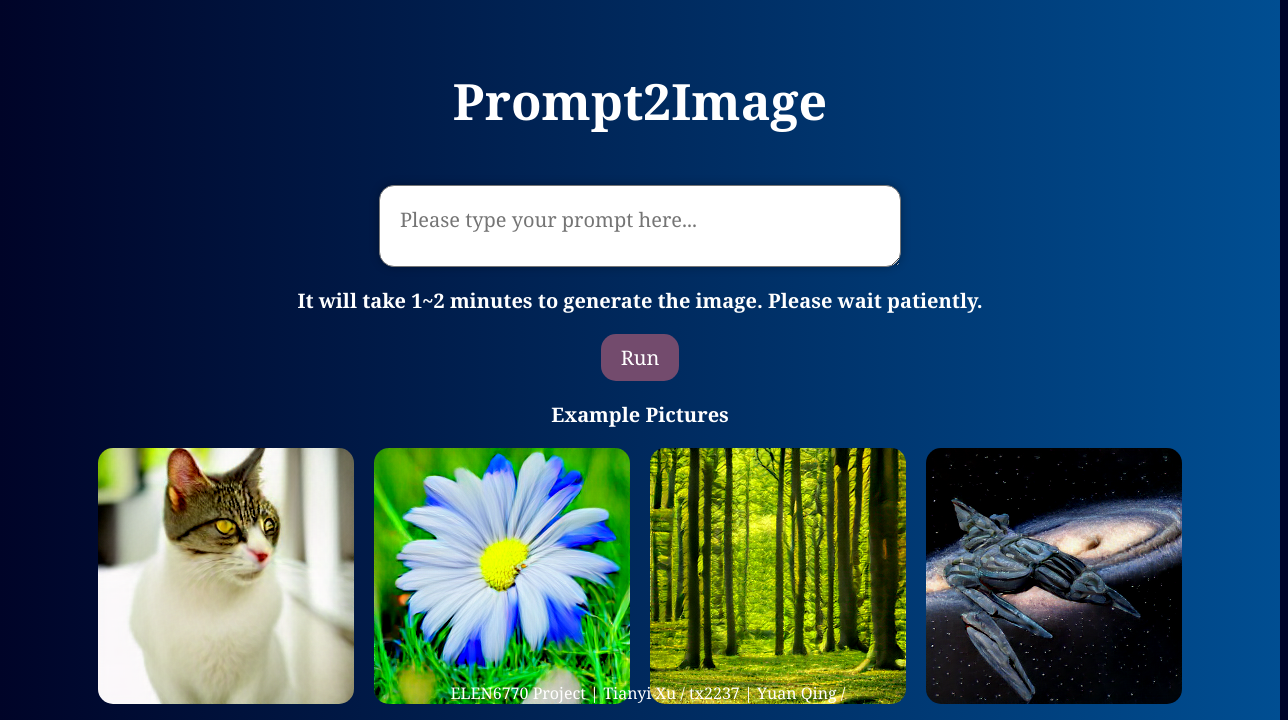
Repository: XTTTZ/Prompt2Image
Page: main4.html
The author's editor kept a copy of each file at every save. The page is drawn from the files as they stood at one save, then again after the next save.
The browser window is 1280 px wide. The page is 1288 px wide, so the pictures cover 1288 px, including what lies to the right of the window. The pictures show the whole page.
The page's requests for data from a server got no answer.

Above is the page before, as saved 2023-12-01 02:20:15.

After the next save:
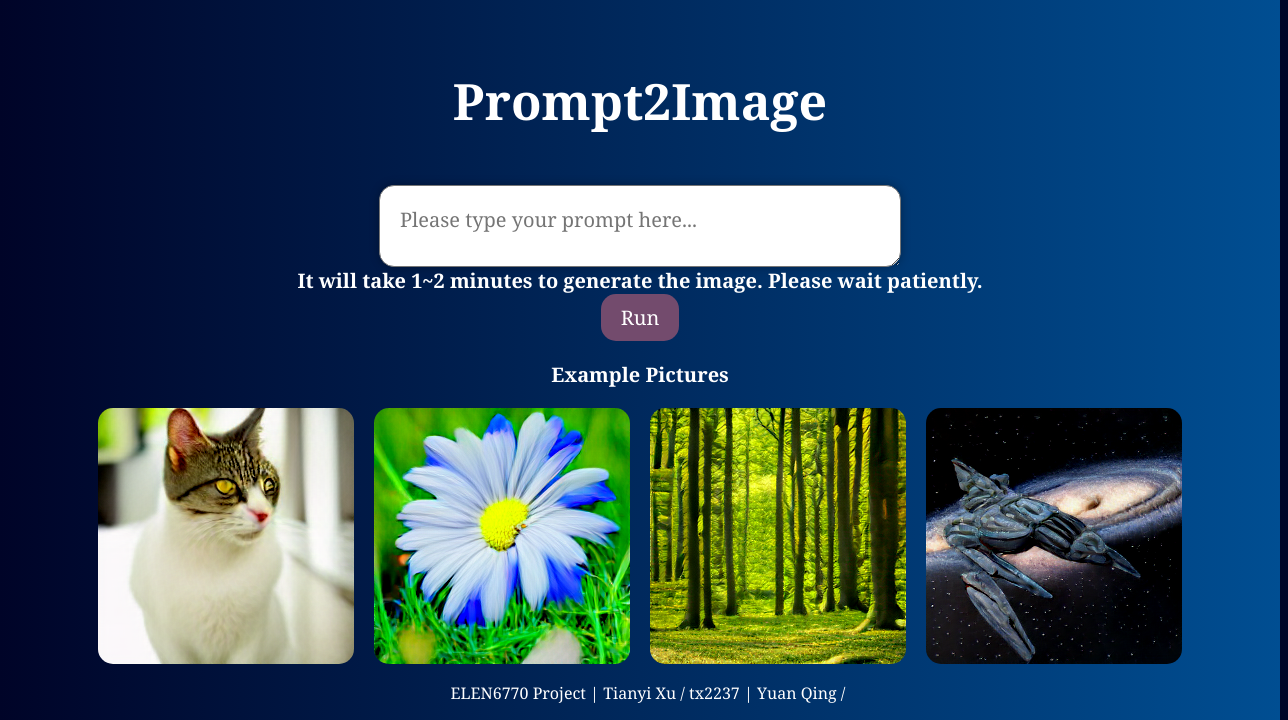
Saved 62 s later.
--- a/main4.html
+++ b/main4.html
@@ -101,7 +101,7 @@
         <textarea placeholder="Please type your prompt here..." type="text" id="searchInput"
             name="searchInput"></textarea>
         <label>
-            <p>It will take 1~2 minutes to generate the image. Please wait patiently.</p>
+            It will take 1~2 minutes to generate the image. Please wait patiently.
         </label>
         <button type="button" onclick="performSearch()">Run</button>
         <label id="timeValue"></label>
